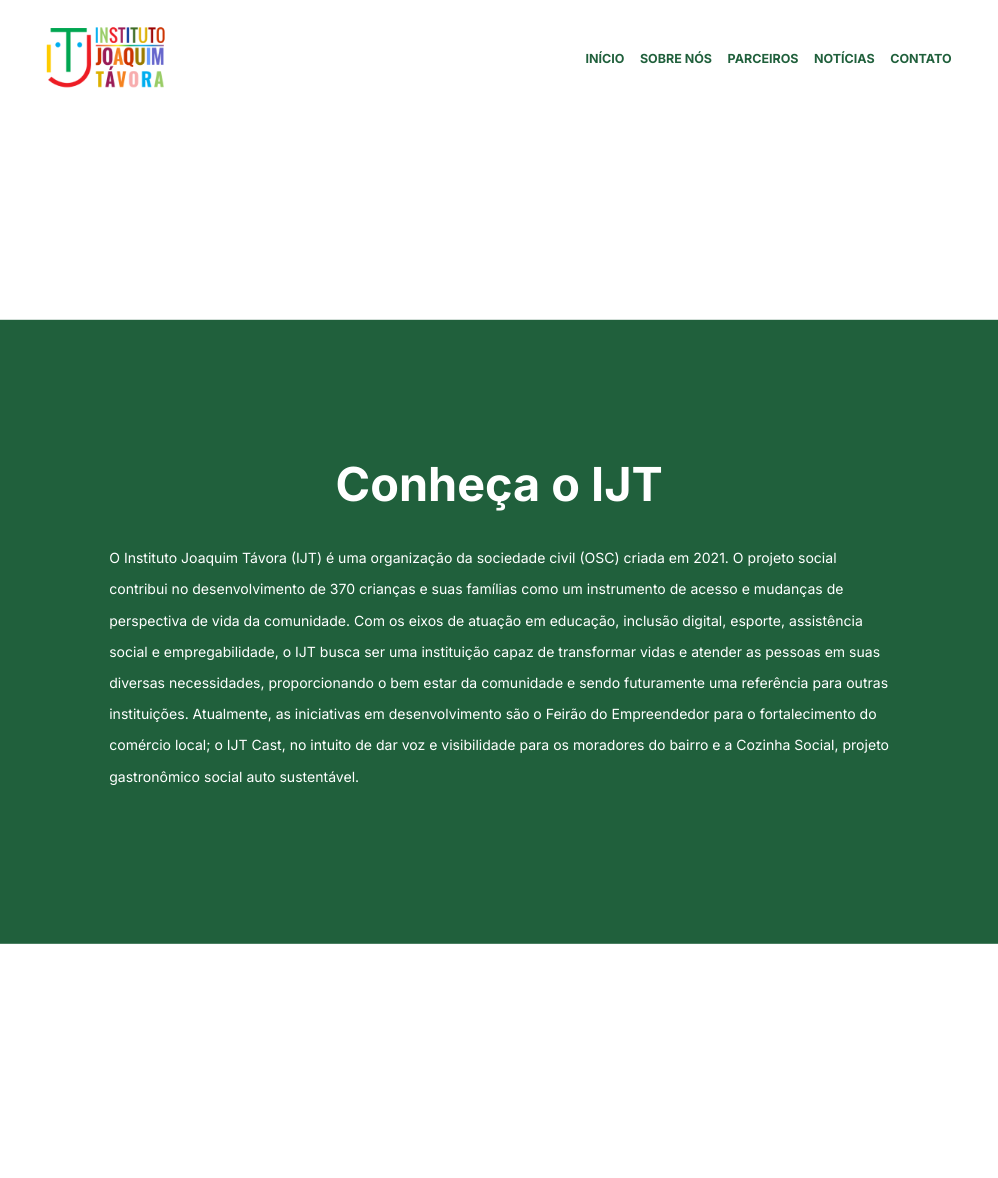
Repository: MarcelloMello90/itj2
Page: index.html
These files come from the project's save history. The page is drawn as it stood at one moment and after the next save; the edit follows.
The browser window is 1280 px wide. The pictures show the whole page, at 78% of full size.

Above is the page before, as saved 2024-07-24 10:15:02.

After the next save:
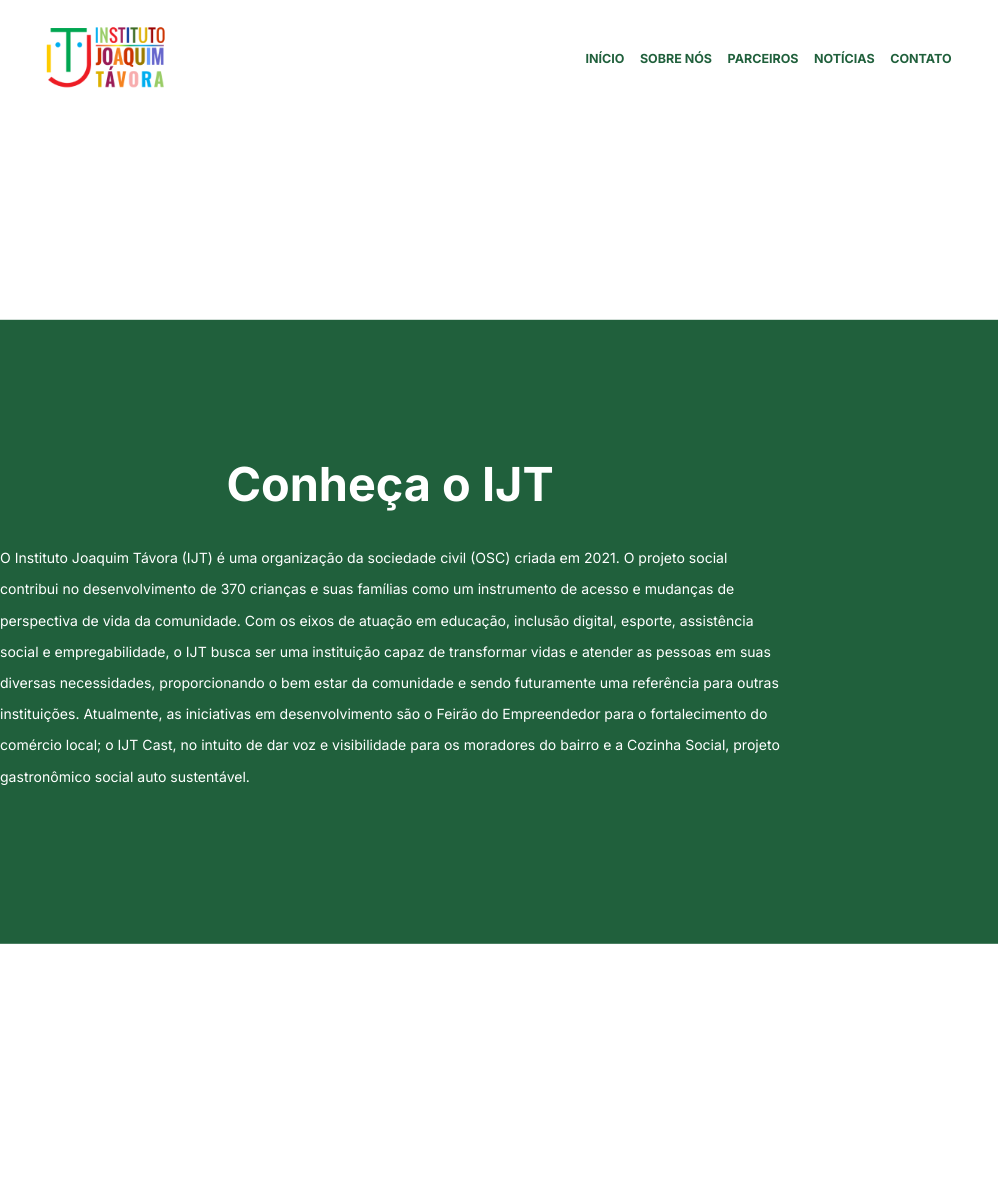
Saved 64 s later.
--- a/style.css
+++ b/style.css
@@ -169,6 +169,16 @@
 }
 
 
+/* section1 */
+#section1{
+
+}
+
+/* section2 */
+#section2{
+  display: flex;
+  flex-direction: column;
+}
 
 
 
